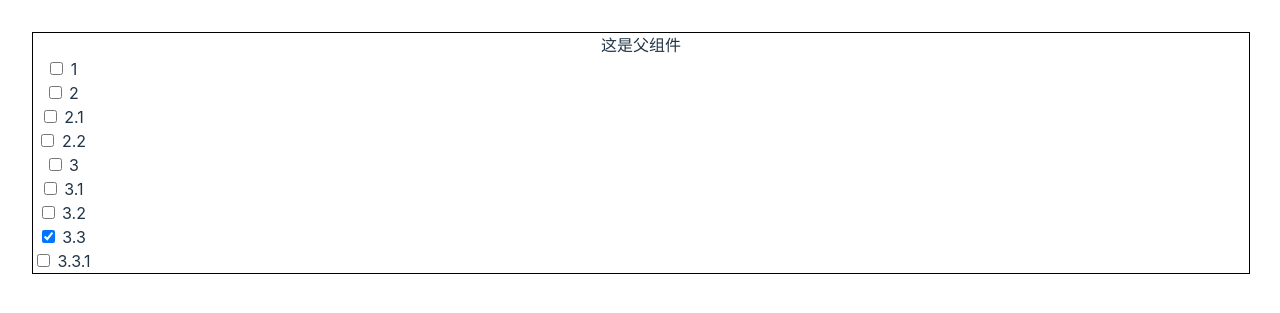
Repository: LeeypOR/management-system
Page: /
These files come from the project's save history. The page is drawn as it stood at one moment and after the next save; the edit follows.
The browser window is 1280 px wide. The pictures show the whole page.
The project was rebuilt for these pictures with package versions that can differ from the ones it lists, and the page was loaded fresh each time. Also part of the build but not shown: vite.config.ts.

Above is the page before, as saved 2023-02-22 16:13:40.
Console error: SyntaxError: Cannot use import statement outside a module

### index.html
<!DOCTYPE html>
<html lang="en">
  <head>
    <meta charset="UTF-8" />
    <link rel="icon" type="image/svg+xml" href="/vite.svg" />
    <script text="module" charset="UTF-8" src="./src/three.js/Three.js"></script>
    <meta name="viewport" content="width=device-width, initial-scale=1.0" />
    <title>Vite + Vue + TS</title>
  </head>
  <body>
    <div id="app" style="width: 100%;height: 100%;"></div>
    <script type="module" src="/src/main.ts"></script>
  </body>
</html>

### src/main.ts
import { createApp } from 'vue'
import './style.css'
import App from './App.vue'





createApp(App).mount('#app')

### src/style.css
:root {
  font-family: Inter, Avenir, Helvetica, Arial, sans-serif;
  font-size: 16px;
  line-height: 24px;
  font-weight: 400;

  color-scheme: light dark;
  color: rgba(255, 255, 255, 0.87);
  background-color: #242424;

  font-synthesis: none;
  text-rendering: optimizeLegibility;
  -webkit-font-smoothing: antialiased;
  -moz-osx-font-smoothing: grayscale;
  -webkit-text-size-adjust: 100%;
}

a {
  font-weight: 500;
  color: #646cff;
  text-decoration: inherit;
}
a:hover {
  color: #535bf2;
}

body {
  margin: 0;
  display: flex;
  place-items: center;
  min-width: 320px;
  min-height: 100%;
}

h1 {
  font-size: 3.2em;
  line-height: 1.1;
}

button {
  border-radius: 8px;
  border: 1px solid transparent;
  padding: 0.6em 1.2em;
  font-size: 1em;
  font-weight: 500;
  font-family: inherit;
  background-color: #1a1a1a;
  cursor: pointer;
  transition: border-color 0.25s;
}
button:hover {
  border-color: #646cff;
}
button:focus,
button:focus-visible {
  outline: 4px auto -webkit-focus-ring-color;
}

.card {
  padding: 2em;
}

#app {
  max-width: 1280px;
  margin: 0 auto;
  padding: 2rem;
  text-align: center;
}

@media (prefers-color-scheme: light) {
  :root {
    color: #213547;
    background-color: #ffffff;
  }
  a:hover {
    color: #747bff;
  }
  button {
    background-color: #f9f9f9;
  }
}

### src/App.vue


<template>
  <!-- <div class="base" v-for="item in Arr" :key="item">
    {{item.name}}
  </div> -->
  <!-- <HelloWorld></HelloWorld> -->
  <!-- <Watch></Watch> -->
  <Index></Index>
</template>

<script setup lang="ts">
// This starter template is using Vue 3 <script setup> SFCs
// Check out https://vuejs.org/api/sfc-script-setup.html#script-setup
// import HelloWorld from './components/HelloWorld.vue'
// import Watch from './components/Watch.vue'
import Index from './pages/index.vue'

</script>

<style scoped>
body{
  width: 100%;
  height: 100%;
}
#app{
  width: 100%;
  height: 100%;
}
.logo {
  height: 6em;
  padding: 1.5em;
  will-change: filter;
}
.logo:hover {
  filter: drop-shadow(0 0 2em #646cffaa);
}
.logo.vue:hover {
  filter: drop-shadow(0 0 2em #42b883aa);
}
</style>

### src/pages/index.vue
<template>
  <div class="index">
    <header>
      这是父组件
    </header>
    <body>
      <Children1 :data="data"></Children1>
    </body>
  </div>
</template>


<script setup lang="ts">
import Children1 from '../components/Children1.vue'
import {reactive} from 'vue'

interface Tree {
  name:string,
  checked:boolean,
  children?:Tree[]
}

const data = reactive<Tree[]>([
  {
    name:'1',
    checked:false,
  },
  {
    name:'2',
    checked:false,
    children:[
      {
        name:'2.1',
        checked:false
      },
      {
        name:'2.2',
        checked:false
      },
    ]
  },
  {
    name:'3',
    checked:false,
    children:[
      {
        name:'3.1',
        checked:false
      },
      {
        name:'3.2',
        checked:false
      },
      {
        name:'3.3',
        checked:true,
        children:[
          {
            name:'3.3.1',
            checked:false
          }
        ]
      },
    ]
  }
])
</script>

<style  scoped>
  .index{
    border: 1px solid #000;
    width: 100%;
    height: 100%;
  }
</style>

### src/components/Children1.vue
<template>
  <div class="children1">

    <div v-for="item in data">
      <input type="checkbox" v-model="item.checked"> <span>{{ item.name }}</span>
      <Children1 v-if="item?.children?.length" :data="item?.children"></Children1>
    </div>
  </div>
</template>

<script setup lang="ts">
import { reactive } from 'vue'

interface Tree {
  name: string,
  checked: boolean,
  children?: Tree[]
}

defineProps<{
  data?:Tree[]
}>()
</script>

Loaded but not shown: src/three.js/Three.js (library)

After the next save:
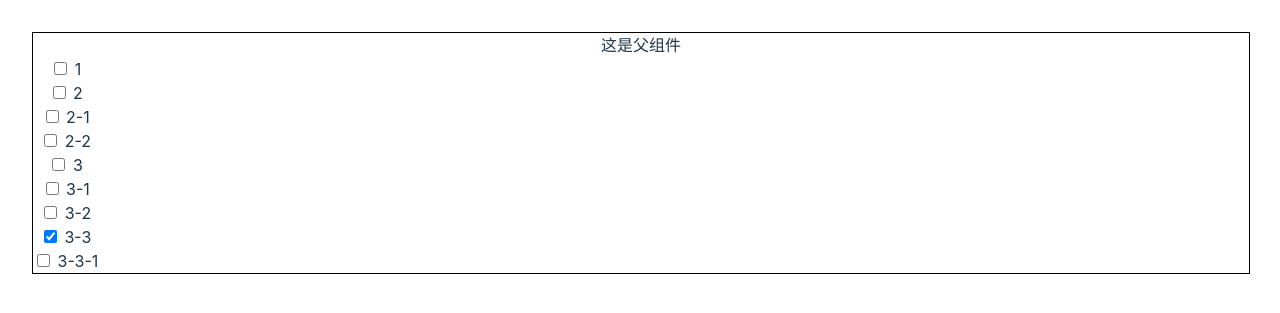
Saved 15 s later.
--- a/src/pages/index.vue
+++ b/src/pages/index.vue
@@ -30,11 +30,11 @@ const data = reactive<Tree[]>([
     checked:false,
     children:[
       {
-        name:'2.1',
+        name:'2-1',
         checked:false
       },
       {
-        name:'2.2',
+        name:'2-2',
         checked:false
       },
     ]
@@ -44,19 +44,19 @@ const data = reactive<Tree[]>([
     checked:false,
     children:[
       {
-        name:'3.1',
+        name:'3-1',
         checked:false
       },
       {
-        name:'3.2',
+        name:'3-2',
         checked:false
       },
       {
-        name:'3.3',
+        name:'3-3',
         checked:true,
         children:[
           {
-            name:'3.3.1',
+            name:'3-3-1',
             checked:false
           }
         ]
